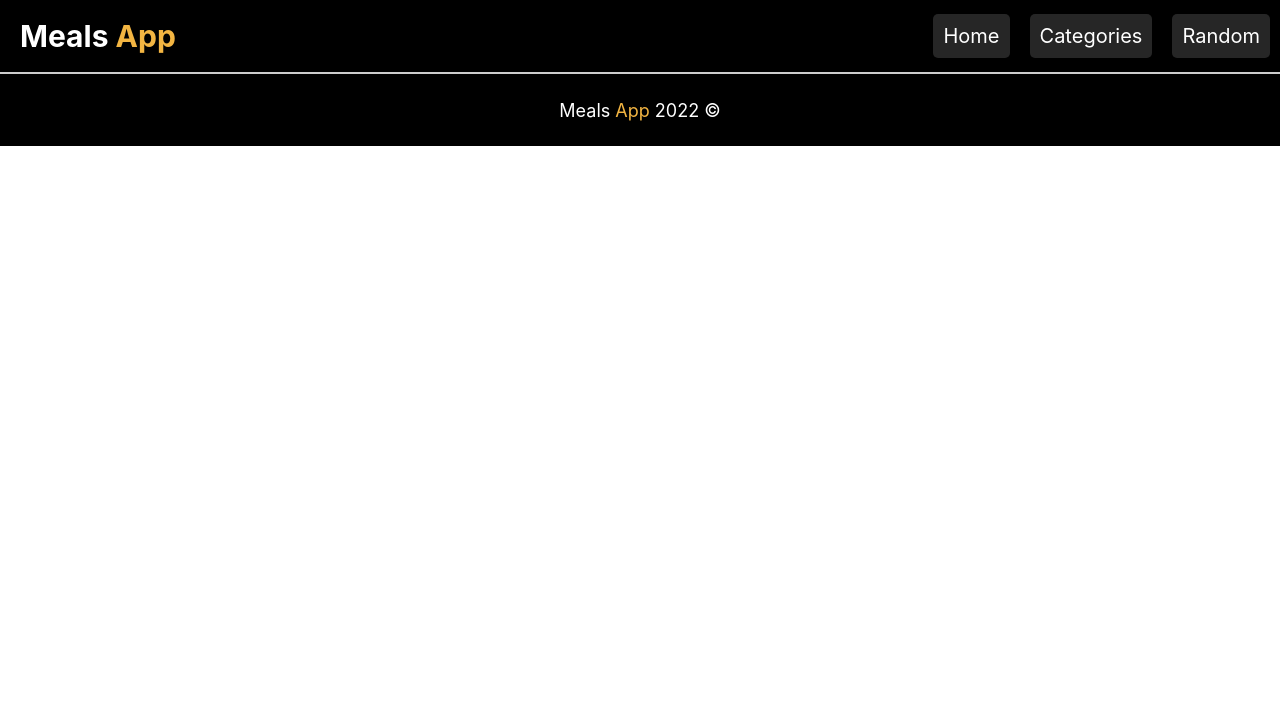
Repository: Shahriddinov/Meals
Page: /categories
The author's editor kept a copy of each file at every save. The page is drawn from the files as they stood at one save, then again after the next save.
The browser window is 1280 px wide. The pictures show the whole page.
The page's requests for data from a server got no answer. The project was rebuilt for these pictures with package versions that can differ from the ones it lists, and the page was loaded fresh each time. No one was signed in, and anything a server would have sent is missing. Also part of the build but not shown: src/components/HomePage/HomePage.scss, src/components/HomePage/HomePage.js, src/components/RandomMeal/RandomMeal.js.

Above is the page before, as saved 2022-03-21 19:09:31.

After the next save:
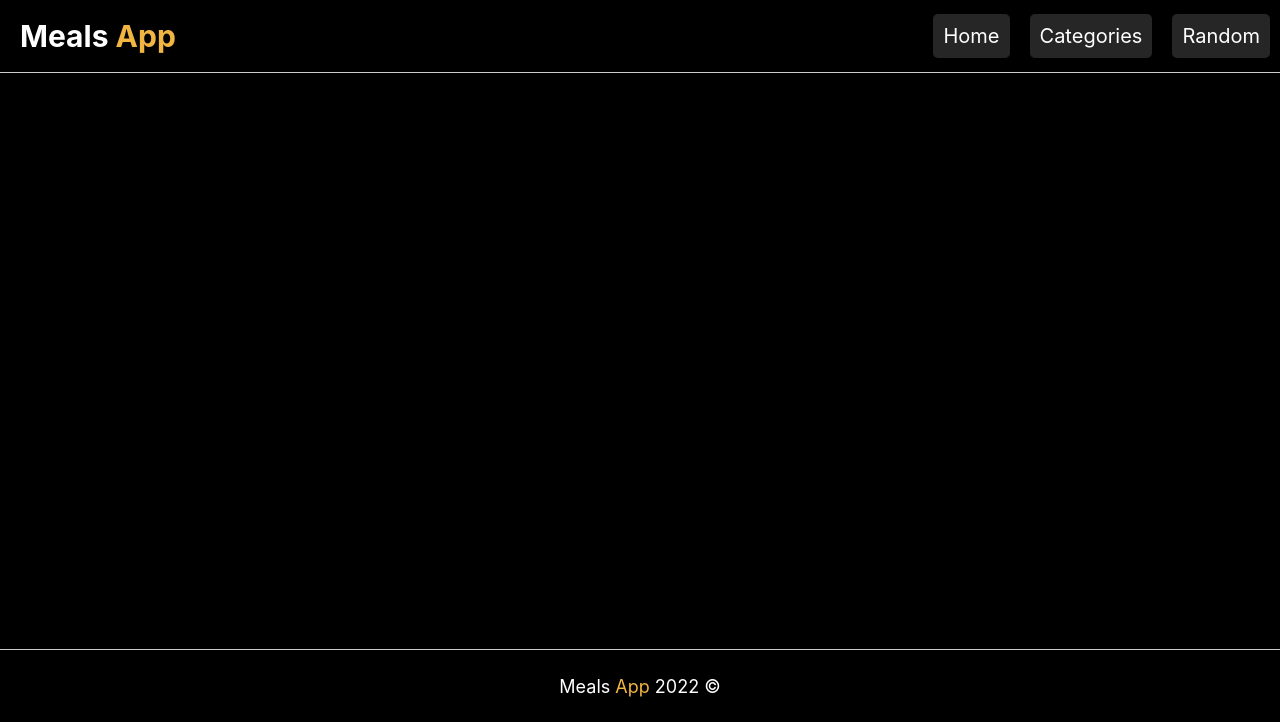
Saved 111 s later.
--- a/src/components/Categories/Categories.scss
+++ b/src/components/Categories/Categories.scss
@@ -6,8 +6,11 @@
   flex-wrap: wrap;
   align-items: center;
   justify-content: center;
+  width: 100%;
+  height: 80vh;
 
   img {
-    width: 180px;
+    width: 170px;
+    margin: 5px;
   }
 }
